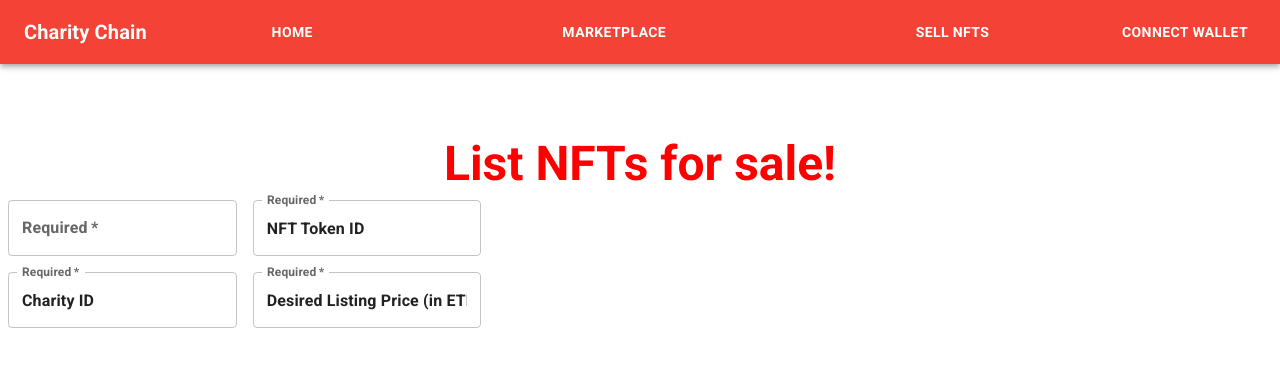
Repository: seanwjcho/charity-chain
Page: /upload
The author's editor kept a copy of each file at every save. The page is drawn from the files as they stood at one save, then again after the next save.
The browser window is 1280 px wide. The pictures show the whole page.
The project was rebuilt for these pictures with package versions that can differ from the ones it lists, and the page was loaded fresh each time. Also part of the build but not shown: src/App.css, src/components/NFTTile.js, src/components/Marketplace.js, src/components/Home.js, src/components/Profile.js, src/components/NFT.js, src/App.js.

Above is the page before, as saved 2023-05-16 15:28:55.

After the next save:
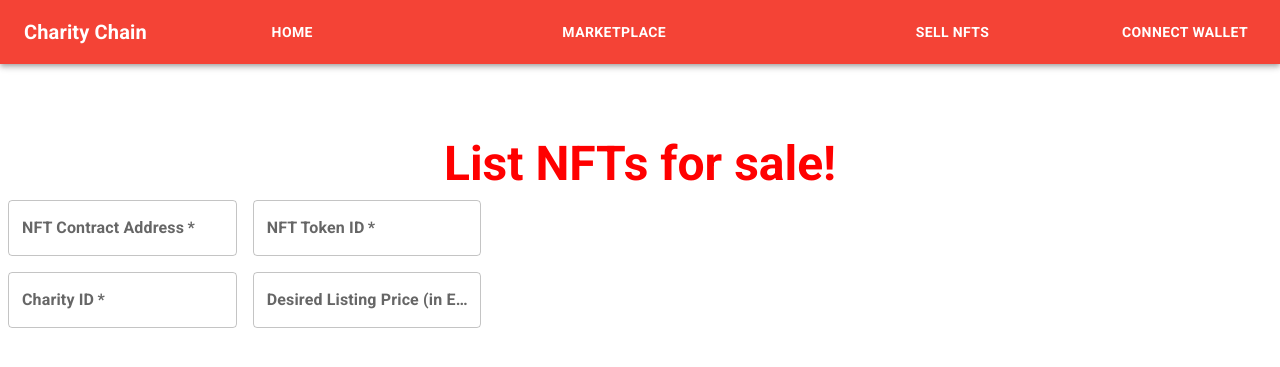
Saved 62 s later.
--- a/src/components/Upload.js
+++ b/src/components/Upload.js
@@ -76,28 +76,24 @@ return (
                 <TextField
                 required
                 id="nft-address"
-                label="Required"
-
+                label="NFT Contract Address"
                 />
                 <TextField
                 required
                 id="nft-address"
-                label="Required"
-                defaultValue="NFT Token ID"
+                label="NFT Token ID"
                 />
             </div>
             <div>
                 <TextField
                 required
                 id="charity-id"
-                label="Required"
-                defaultValue="Charity ID"
+                label="Charity ID"
                 />
                 <TextField
                 required
                 id="price"
-                label="Required"
-                defaultValue="Desired Listing Price (in ETH)"
+                label="Desired Listing Price (in ETH)"
                 />
             </div>
             </Box>
